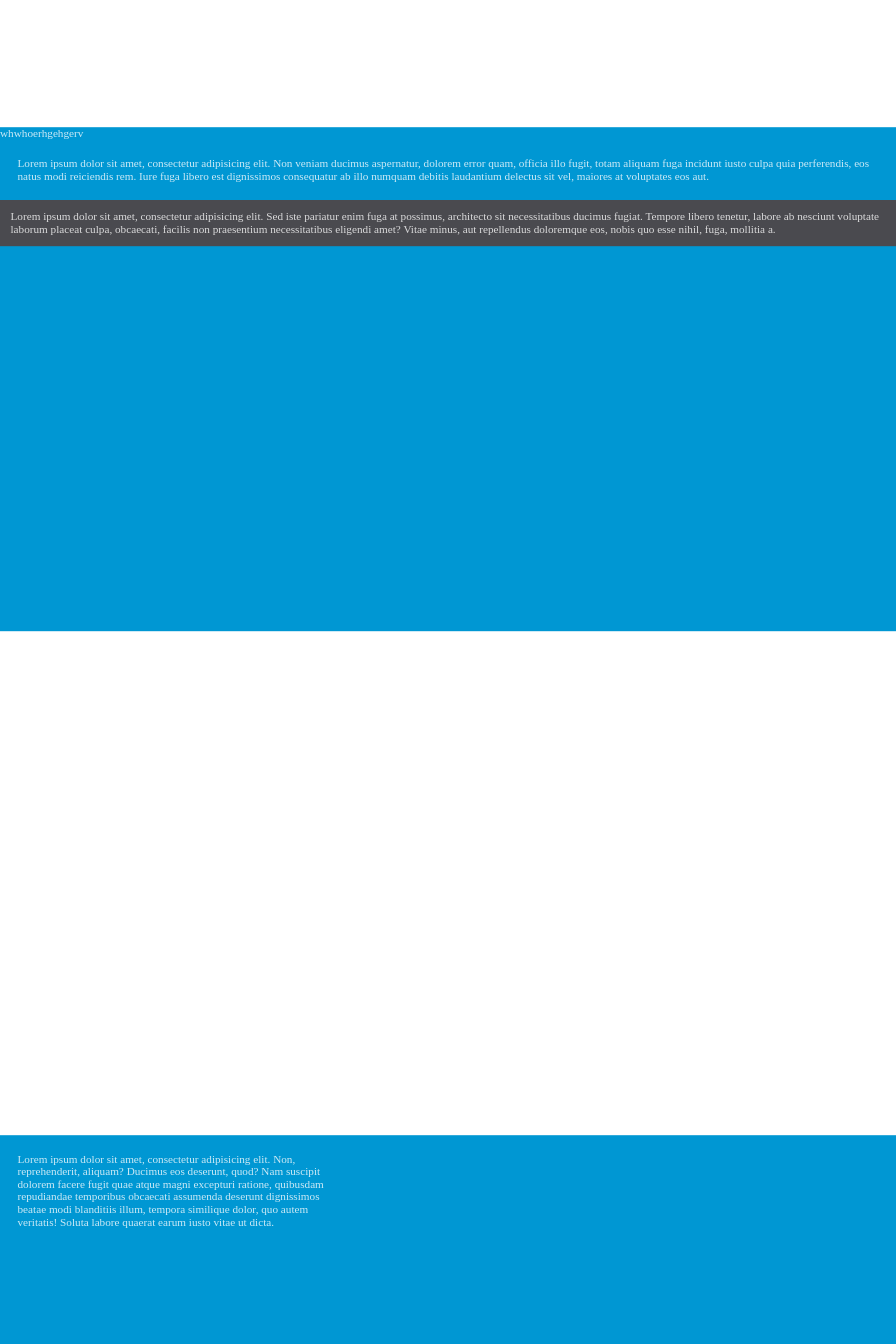
Repository: LiamB123/Adaptive-Sizing-Practice
Page: MP.html
The author's editor kept a record of every edit. The page is drawn from the files as they stood at one moment, then again after the next edit.
The browser window is 1280 px wide. The pictures show the part of the page from y = 554 to 2474 px (the page is 2896 px tall before and 1440 px after), at 70% of full size.

Above is the page before.

### MP.html
<!DOCTYPE html>
<html lang="en">
<head>
    <meta charset="UTF-8">
    <meta name="viewport" content="width=device-width, initial-scale=1.0">
    <meta http-equiv="X-UA-Compatible" content="ie=edge">
    <link rel="stylesheet" href="MP.css" type="text/css" />
    <title>Document</title>
</head>

<body>
  <main class='main'></main>
   <header class="header">

   <div class="logo">Logo</div>
   </header>

       <section class="section">
           <article class="article column-60"></article>
           <p class='sectipon-parragraph'></p>
           whwhoerhgehgerv

           <aside class="article column-40"></aside>

           <p class="section-paragraph">Lorem ipsum dolor sit amet, consectetur adipisicing elit. Non veniam ducimus aspernatur, dolorem error quam, officia illo fugit, totam aliquam fuga incidunt iusto culpa quia perferendis, eos natus modi reiciendis rem. Iure fuga libero est dignissimos consequatur ab illo numquam debitis laudantium delectus sit vel, maiores at voluptates eos aut.
           </p>

           <footer class="footer">
               Lorem ipsum dolor sit amet, consectetur adipisicing elit. Sed iste pariatur enim fuga at possimus, architecto sit necessitatibus ducimus fugiat. Tempore libero tenetur, labore ab nesciunt voluptate laborum placeat culpa, obcaecati, facilis non praesentium necessitatibus eligendi amet? Vitae minus, aut repellendus doloremque eos, nobis quo esse nihil, fuga, mollitia a.

           </footer>
       </section>

<main class="main"></main>
<header class="header">
    <div class="logo"> LOGO</div>
   </header>

    <section class="section">
        <article class="article column column-60"></article>
        <aside class="aside column column-40 ">
            <p class="section-paragraph">
                Lorem ipsum dolor sit amet, consectetur adipisicing elit. Non, reprehenderit, aliquam? Ducimus eos deserunt, quod? Nam suscipit dolorem facere fugit quae atque magni excepturi ratione, quibusdam repudiandae temporibus obcaecati assumenda deserunt dignissimos beatae modi blanditiis illum, tempora similique dolor, quo autem veritatis! Soluta labore quaerat earum iusto vitae ut dicta.
            </p>
        </aside>
    </section>

</header>

</body>
</html>

### MP.css
body, html {
    height:100%;
    margin:0;
    color:rgba( 255, 255, 255, .8);
}

.header
    { position: fixed;
    top:0;
    left: 0;
    right: 0;
    background-color:#e84610;
    padding: 15px 25px;

    }

.main { height:100%; }

    .section { background-color: #0097d3;
                height:100%;
    }

.vcenter {
    position:relative;
    top:50%;
    transform:translateY(-50%) ;
}
.section-paragraph { font-size: 1em;
            margin: 25px;

}
.footer{ background-color:#4a4a4f;
    padding:15px;}


@media (min-width: 768px){
    .column { float:left;}
    .column-60{width:60%; top:20px}
    .column-40{width:40%;}
}

After the next edit:
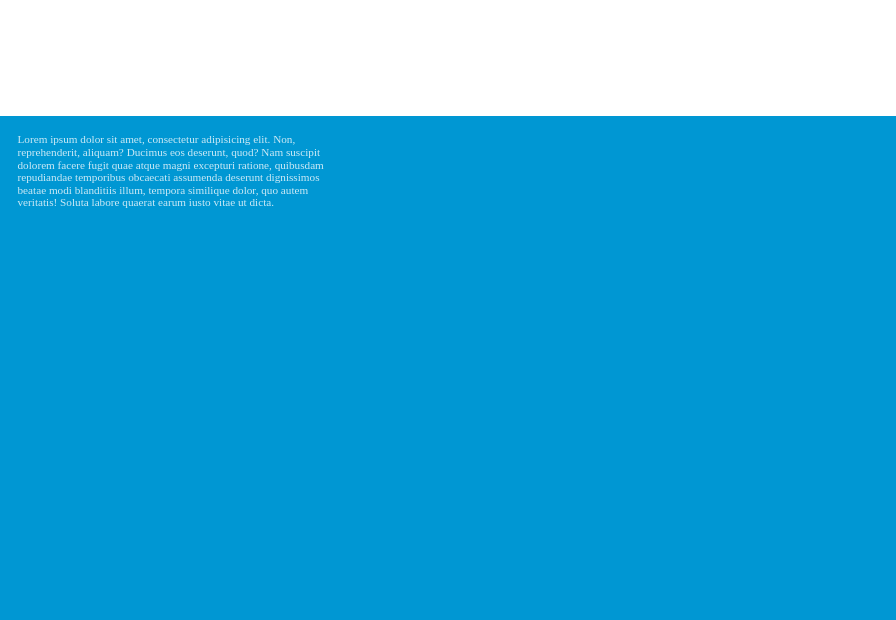
The edit:
--- a/MP.html
+++ b/MP.html
@@ -9,27 +9,7 @@
 </head>
 
 <body>
-  <main class='main'></main>
-   <header class="header">
 
-   <div class="logo">Logo</div>
-   </header>
-
-       <section class="section">
-           <article class="article column-60"></article>
-           <p class='sectipon-parragraph'></p>
-           whwhoerhgehgerv
-
-           <aside class="article column-40"></aside>
-
-           <p class="section-paragraph">Lorem ipsum dolor sit amet, consectetur adipisicing elit. Non veniam ducimus aspernatur, dolorem error quam, officia illo fugit, totam aliquam fuga incidunt iusto culpa quia perferendis, eos natus modi reiciendis rem. Iure fuga libero est dignissimos consequatur ab illo numquam debitis laudantium delectus sit vel, maiores at voluptates eos aut.
-           </p>
-
-           <footer class="footer">
-               Lorem ipsum dolor sit amet, consectetur adipisicing elit. Sed iste pariatur enim fuga at possimus, architecto sit necessitatibus ducimus fugiat. Tempore libero tenetur, labore ab nesciunt voluptate laborum placeat culpa, obcaecati, facilis non praesentium necessitatibus eligendi amet? Vitae minus, aut repellendus doloremque eos, nobis quo esse nihil, fuga, mollitia a.
-
-           </footer>
-       </section>
 
 <main class="main"></main>
 <header class="header">
